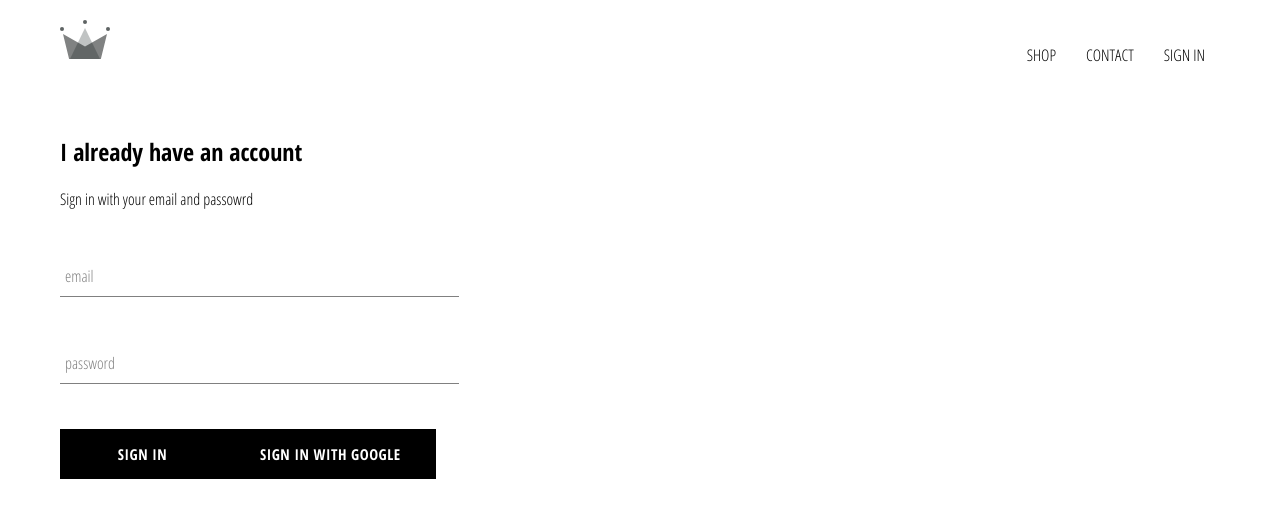
Repository: yurirech/crwn-clothing
Page: /signin
These files come from the project's save history. The page is drawn as it stood at one moment and after a run of saves; the edit follows.
The browser window is 1280 px wide. The pictures show the whole page.
The project was rebuilt for these pictures with package versions that can differ from the ones it lists, and the page was loaded fresh each time. Also part of the build but not shown: src/pages/homepage/homepage.style.scss, src/components/directory/directory.styles.scss, src/components/menu-item/menu-item.styles.scss, src/components/menu-item/menu-item.component.jsx, src/components/directory/directory.component.jsx, src/pages/homepage/homepage.component.jsx, src/pages/shop/shop.data.js, src/components/collection-preview/collection-preview.styles.scss and 4 more.

Above is the page before, as saved 2020-05-28 08:50:33.

### src/index.js
import React from 'react';
import ReactDOM from 'react-dom';
import { BrowserRouter } from 'react-router-dom';
import './index.css';
import App from './App';

ReactDOM.render(
    <BrowserRouter>
        <App />
    </BrowserRouter>
    , document.getElementById('root')
);

### src/App.js
import React from 'react';
import './App.css';
import { Route, Switch } from 'react-router-dom';
import HomePage from './pages/homepage/homepage.component'
import ShopPage from './pages/shop/shop.component'
import Header from './components/header/header.component';
import SignInAndSigUpPage from './pages/sign-in-and-sign-up/sign-in-and-sign-up.component'
import { auth } from './firebase/firebase.utils'

class App extends React.Component {
  constructor() {
    super()

    this.state = {
      currentUser: null
    }
  }

  unsubscribeFromAuth = null;

  componentDidMount() {
    this.unsubscribeFromAuth = auth.onAuthStateChanged(user => {
      this.setState({currentUser: user});
      console.log(user);
    })
  }

  componentWillUnmount() {
    this.unsubscribeFromAuth();
  }

  render() {
    return (
      <div>
        <Header currentUser={this.state.currentUser} />
        <Switch>
          <Route exact path='/' component={HomePage} />
          <Route path='/shop' component={ShopPage} />
          <Route path='/signin' component={SignInAndSigUpPage} />
        </Switch>
      </div>
    );
  }
}

export default App;

### src/components/header/header.component.jsx
import React from 'react';
import { Link } from 'react-router-dom';

import {auth} from '../../firebase/firebase.utils'

// This is how to import SVG into React
import {ReactComponent as Logo} from '../../assets/crown.svg'

import './header.styles.scss'

const Header = ({currentUser}) => (
  <div className="header">
    <Link to='/'>
      <Logo className="logo" />
    </Link>
    <div className="options">
      <Link className='option' to='/shop'>
        SHOP
      </Link>
      <Link className='option' to='/shop'>
        CONTACT
      </Link>
      {
        currentUser ? (
          <div className="option" onClick={() => auth.signOut()}>
            SIGN OUT
          </div>
        ) : (
          <Link className="option" to='/signin'>
            SIGN IN
          </Link>
        )
      }
    </div>
  </div>
)

export default Header;

### src/pages/sign-in-and-sign-up/sign-in-and-sign-up.component.jsx
import React from 'react';
import SignIn from '../../components/sign-in/sign-in.component'

const SignInAndSigUpPage = () => (
  <div className="sign-in-and-sign-up">
    <SignIn />
  </div>
)

export default SignInAndSigUpPage;

### src/firebase/firebase.utils.js
import firebase from 'firebase/app';
import 'firebase/firestore';
import 'firebase/auth';

const config = {
  apiKey: "AIzaSyCbVVq-L_1XCuNeDDhLuGsUExMeIB6afxk",
  authDomain: "crwn-db-80fe0.firebaseapp.com",
  databaseURL: "https://crwn-db-80fe0.firebaseio.com",
  projectId: "crwn-db-80fe0",
  storageBucket: "crwn-db-80fe0.appspot.com",
  messagingSenderId: "892131642776",
  appId: "1:892131642776:web:89e94fe21903e079c06fed",
  measurementId: "G-0JHN35R5YG"
}

firebase.initializeApp(config);

export const auth = firebase.auth();
export const firestore = firebase.firestore();

const provider = new firebase.auth.GoogleAuthProvider();
provider.setCustomParameters({prompt: 'select_account'});
export const signInWithGoogle = () => auth.signInWithPopup(provider);

export default firebase;

### src/components/sign-in/sign-in.component.jsx
import React, {Component} from 'react';
import './sign-in.styles.scss';
import FormInput from '../form-input/form-input.component';
import CustomButton from '../custom-button/custom-button.component';
import { signInWithGoogle } from '../../firebase/firebase.utils';

class SignIn extends Component {
  constructor(props) {
    super(props)

    this.state = {
      email: '',
      password: ''
    }
  }

  handleSubmit = event => {
    event.preventDefault();

    this.setState({email: '', password: ''})
  }

  handleChange = event => {
    const {value, name} = event.target;

    this.setState({ [name]: value})
  }

  render() {
    return (
      <div className="sign-in">
        <h2>I already have an account</h2>
        <span>Sign in with your email and passowrd</span>

        <form onSubmit={this.handleSubmit}>
          <FormInput name='email' type="text" label='email'
                 value={this.state.email} handleChange={this.handleChange} required/>

          <FormInput name='password' type="password" label='password'
                 value={this.state.password} handleChange={this.handleChange} required/>

          <CustomButton type="submit"> Sign In </CustomButton>
          <CustomButton onClick={signInWithGoogle}> Sign In with Google </CustomButton>
        </form>
      </div>
      );
  }
}

export default SignIn;

### src/components/form-input/form-input.component.jsx
import React from 'react';

import './form-input.styles.scss';

const FormInput = ({ handleChange, label, ...otherProps}) => (
  <div className="group">
    <input type="text" className="form-input" onChange={handleChange} {...otherProps}/>
    {
      label ?
      (<label className={`${otherProps.value.length ? 'shrink' : ''} form-input-label`}>
        {label}
      </label>)
      : null
    }
  </div>
)

export default FormInput;

### src/components/custom-button/custom-button.component.jsx
import React from 'react';

import './custom-button.styles.scss'

const CustomButton = ({children, isGooogleSignIn, ...otherProps}) => (
  <button className={`${isGooogleSignIn ? 'google-sign-in' : '' } custom-button`} {...otherProps}>
    {children}
  </button>
);

export default CustomButton;

### src/components/form-input/form-input.styles.scss
$sub-color: grey;
$main-color: black;

@mixin shrinkLabel {
  top: -14px;
  font-size: 12px;
  color: $main-color;
}

.group {
  position: relative;
  margin: 45px 0;

  .form-input {
    background: none;
    background-color: white;
    color: $sub-color;
    font-size: 18px;
    padding: 10px 10px 10px 5px;
    display: block;
    width: 100%;
    border: none;
    border-radius: 0;
    border-bottom: 1px solid $sub-color;
    margin: 25px 0;

    &:focus {
      outline: none;
    }

    &:focus ~ .form-input-label {
      @include shrinkLabel();
    }
  }

  input[type='password'] {
    letter-spacing: 0.3em;
  }

  .form-input-label {
    color: $sub-color;
    font-size: 16px;
    font-weight: normal;
    position: absolute;
    pointer-events: none;
    left: 5px;
    top: 10px;
    transition: 300ms ease all;

    &.shrink {
      @include shrinkLabel();
    }
  }
}

Loaded but not shown: public/index.html (common file); src/index.css (common file); src/App.css (common file); src/components/header/header.styles.scss (common file); src/components/sign-in/sign-in.styles.scss (common file); src/components/custom-button/custom-button.styles.scss (common file)

After the next 2 saves:
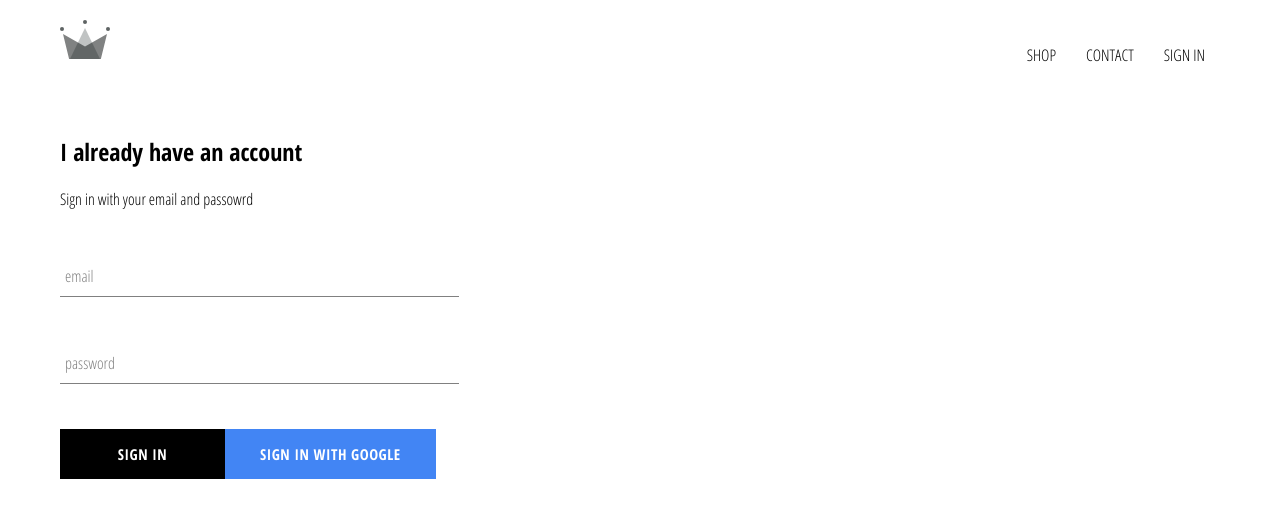
The 2 saves are shown as one change because they came seconds apart.
The last was saved 61 s later.
--- a/src/components/sign-in/sign-in.component.jsx
+++ b/src/components/sign-in/sign-in.component.jsx
@@ -40,7 +40,7 @@ class SignIn extends Component {
                  value={this.state.password} handleChange={this.handleChange} required/>
 
           <CustomButton type="submit"> Sign In </CustomButton>
-          <CustomButton onClick={signInWithGoogle}> Sign In with Google </CustomButton>
+          <CustomButton onClick={signInWithGoogle} isGooogleSignIn> Sign In with Google </CustomButton>
         </form>
       </div>
       );
